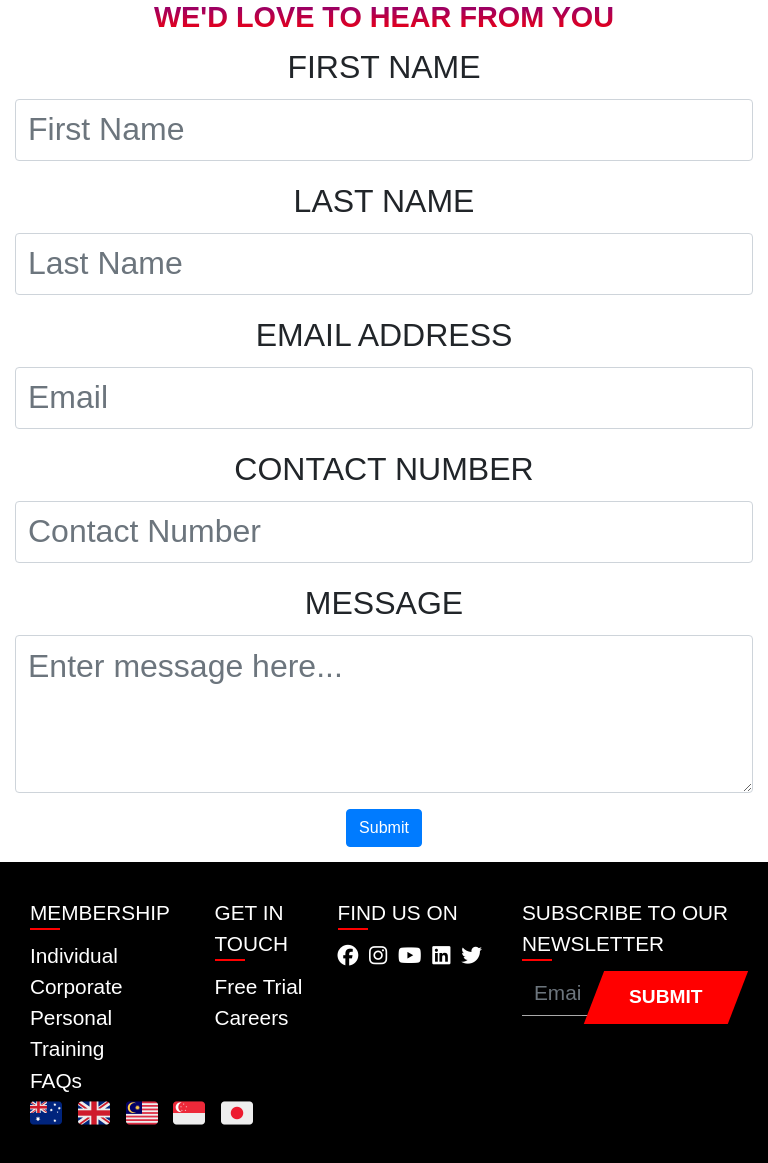
Repository: KJY93/User_Centric_Frontend_Development_Project
Page: contact.html
The author's editor kept a record of every edit. The page is drawn from the files as they stood at one moment, then again after the next edit.
The browser window is 768 px wide. The pictures show the part of the page from y = 513 to 1676 px (the page is 1676 px tall before and 1503 px after).
Some web fonts or font styles are not loaded; a fallback is used. Some web libraries are served in a nearby version.

Above is the page before.

After the next edit:
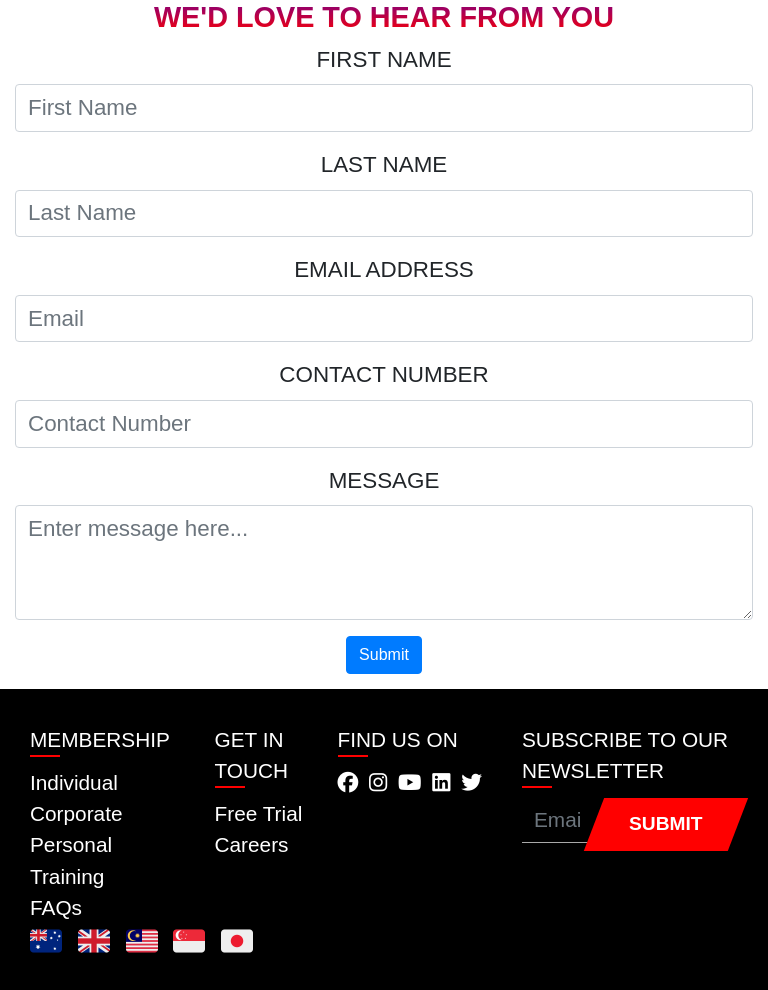
The edit:
--- a/static/styles.css
+++ b/static/styles.css
@@ -340,7 +340,7 @@
 	}
 
 	.form-attribute, .form-placeholder:placeholder-shown, textarea:placeholder-shown {
-	  font-size: 2.0em;
+	  font-size: 1.4em;
 	}
 }
 
